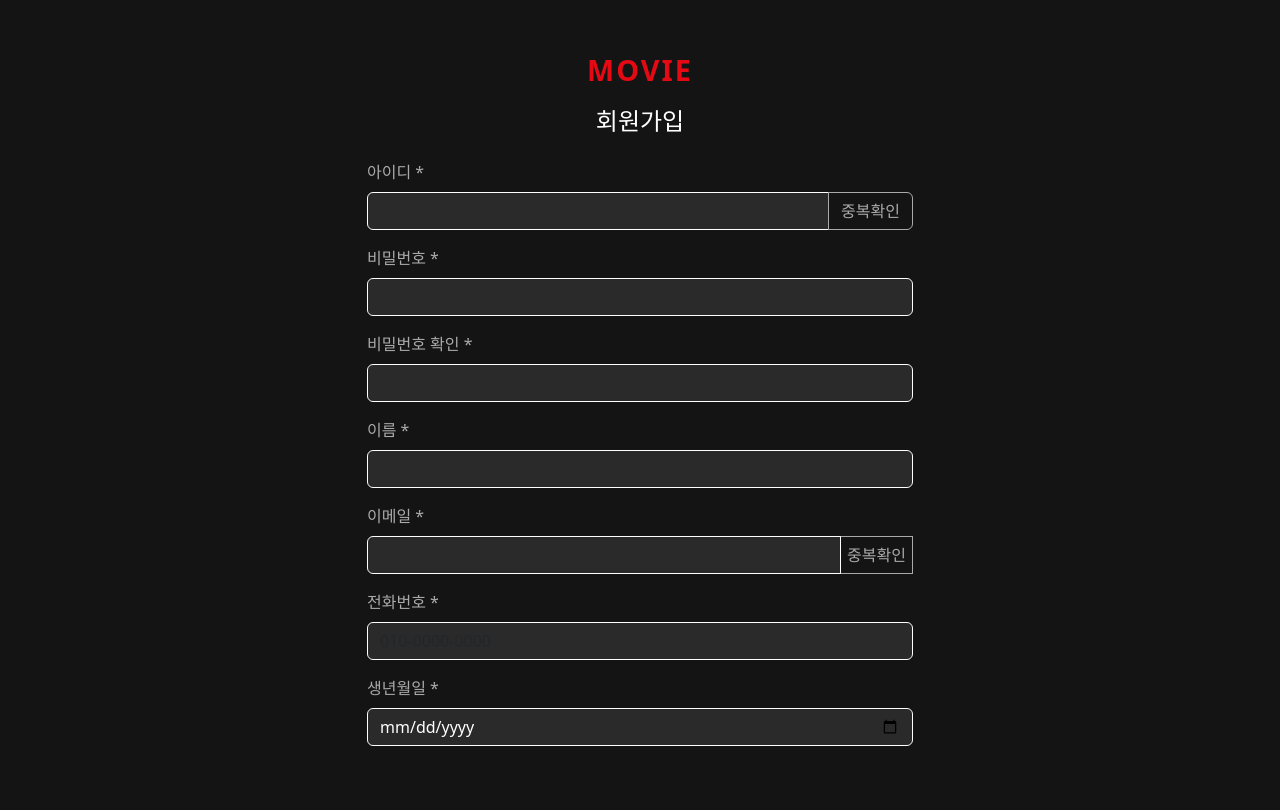
Repository: Se-Jong-Park/InsideReview
Page: http://localhost/moviejoin/WEB-INF/views/user/form.jsp
The author's editor kept a copy of each file at every save. The page is drawn from the files as they stood at one save, then again after the next save.
The browser window is 1280 px wide. The pictures show the whole page.
The page is served by Tomcat 9. Nobody is signed in. The template is opened directly, without the code that normally fills it, so the values that code supplies are empty.

Above is the page before, as saved 2026-03-18 15:50:43.

After the next save:
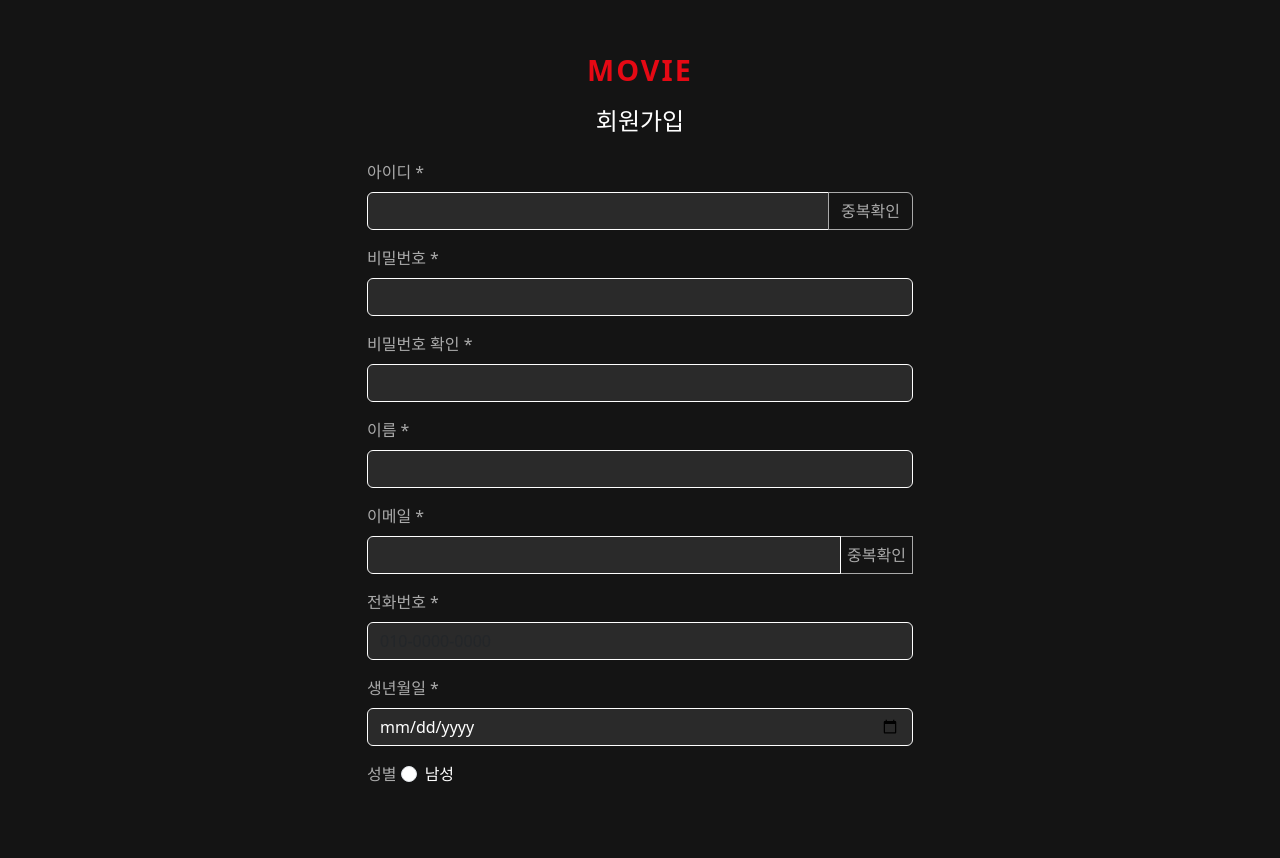
Saved 3 min 30 s later.
--- a/moviejoin/src/main/webapp/WEB-INF/views/user/form.jsp
+++ b/moviejoin/src/main/webapp/WEB-INF/views/user/form.jsp
@@ -95,6 +95,13 @@
 					<label class="form-label">생년월일 *</label>
 					<input type="date" name="ubirth" class="form-control" required>
 				</div>
+				<div class="mb-3">
+					<label class="form-label">성별</label>
+					<div class="form-check form-check-inline">
+						<input type="radio" name="ugender" value="M" class="form-check-input" id="male">
+						<label class="form-check-label" for="male">남성</label>
+					</div>
+				</div>
 			</div>
 		</div>
 	</div>
